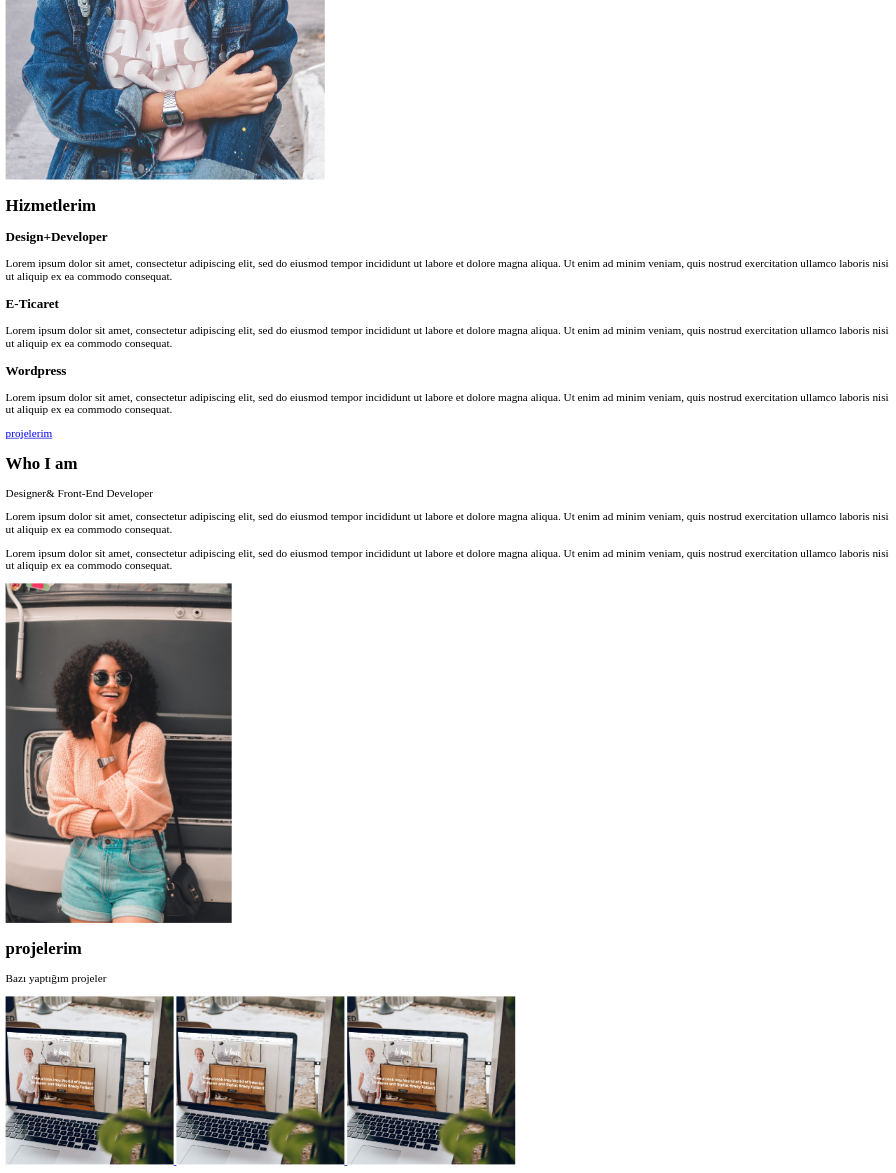
Repository: denizangin/portfolyo
Page: index.html
An editor plug-in stored every save of this project. The page is shown before and after a run of saves, followed by the edit.
The browser window is 1280 px wide. The pictures show the part of the page from y = 688 to 2608 px (the page is 2364 px tall before and 2608 px after), at 70% of full size.

Above is the page before, as saved 2024-08-01 04:17:11.

### index.html
<!DOCTYPE html>
<html lang="tr">

<head>
    <meta charset="UTF-8">
    <meta name="viewport" content="width=device-width, initial-scale=1.0">
    <title> jane Smith Portfolyo</title>
</head>

<body>
    <header>
        <div class="logo">
            <img src="img/DEVJANE.png" alt="logo">
        </div>

        <button class="nav-toggle">
            <span class="hamburger"></span>
        </button>

        <nav class="nav">
            <ul class="nav__list">
                <li class="nav__item">
                    <a href="#home" class="nav__link">Anasayfa</a>
                </li>
                <li class="nav__item">
                    <a href="#services" class="nav__link">Hizmetlerim</a>
                </li>
                <li class="nav__item">
                    <a href="#" class="nav__link">Hakkımda</a>
                </li>
                <li class="nav__item">
                    <a href="#" class="nav__link">projelerim</a>
                </li>
            </ul>
        </nav>


    </header>

    <!-- Introduction-->
    <section class="intro" id="home">
        <h1 class="section__title section__title--intro"> Hi, I am <strong> jane Smith </strong> </h1>
        <P class="section__titlesection__subtitle--intro"> front-end dev</P>
        <img src="img/component (3).png" alt="jane smith gülümsediği foto">
    </section>

    <!--My Services-->
    <section class="my services" id="services">
        <h2 class="section__titile section__title--services"> Hizmetlerim</h2>
        <div class="services">
            <div class="service">
                <h3> Design+Developer</h3>
                <p> Lorem ipsum dolor sit amet, consectetur adipiscing elit, sed do eiusmod tempor incididunt ut labore
                    et dolore magna aliqua. Ut enim ad minim veniam, quis nostrud exercitation ullamco laboris nisi ut
                    aliquip ex ea commodo consequat.</p>
            </div>

            <div class="service ">
                <h3>E-Ticaret</h3>
                <p>Lorem ipsum dolor sit amet, consectetur adipiscing elit, sed do eiusmod tempor incididunt ut labore
                    et dolore magna aliqua. Ut enim ad minim veniam, quis nostrud exercitation ullamco laboris nisi ut
                    aliquip ex ea commodo consequat.</p>
            </div>

            <div class="service ">
                <h3>Wordpress</h3>
                <p>Lorem ipsum dolor sit amet, consectetur adipiscing elit, sed do eiusmod tempor incididunt ut labore
                    et dolore magna aliqua. Ut enim ad minim veniam, quis nostrud exercitation ullamco laboris nisi ut
                    aliquip ex ea commodo consequat.</p>
            </div>
        </div>

        <a href="#work"> projelerim </a>

    </section>

    <!--About Me-->
    <section class="about_me" id="about">
        <h2 class="section__title section __title--about"> Who I am</h2>
        <P class="section __subtitle section__subtitle--about">Designer& Front-End Developer</P>

        <div class="about-me__body">
            <p> Lorem ipsum dolor sit amet, consectetur adipiscing elit, sed do eiusmod tempor incididunt ut labore et
                dolore magna aliqua. Ut enim ad minim veniam, quis nostrud exercitation ullamco laboris nisi ut aliquip
                ex ea commodo consequat.</p>
            <p>Lorem ipsum dolor sit amet, consectetur adipiscing elit, sed do eiusmod tempor incididunt ut labore et
                dolore magna aliqua. Ut enim ad minim veniam, quis nostrud exercitation ullamco laboris nisi ut aliquip
                ex ea commodo consequat.</p>
        </div>

        <img src="img/component.png" alt="jane ayakta fotosu">
    </section>

    <!--My Work-->
     <section class="my-work" id="work">
        <h2 class= "section__title"> projelerim </h2>
        <p class="section__subtitle"> Bazı yaptığım projeler</p>

        <div class="portfolio">
            <a href="#" class="portfolio-item">
                <img src="img/component (15).png" alt="" class="portfolio__item">
            </a>
            <a href="#" class="portfolio-item">
                <img src="img/component (15).png" alt="" class="portfolio__item">
            </a>
            <a href="#" class="portfolio-item">
                <img src="img/component (15).png" alt="" class="portfolio__item">
            </a>





        </div>


     </section>











</body>

</html>

After the next 2 saves:
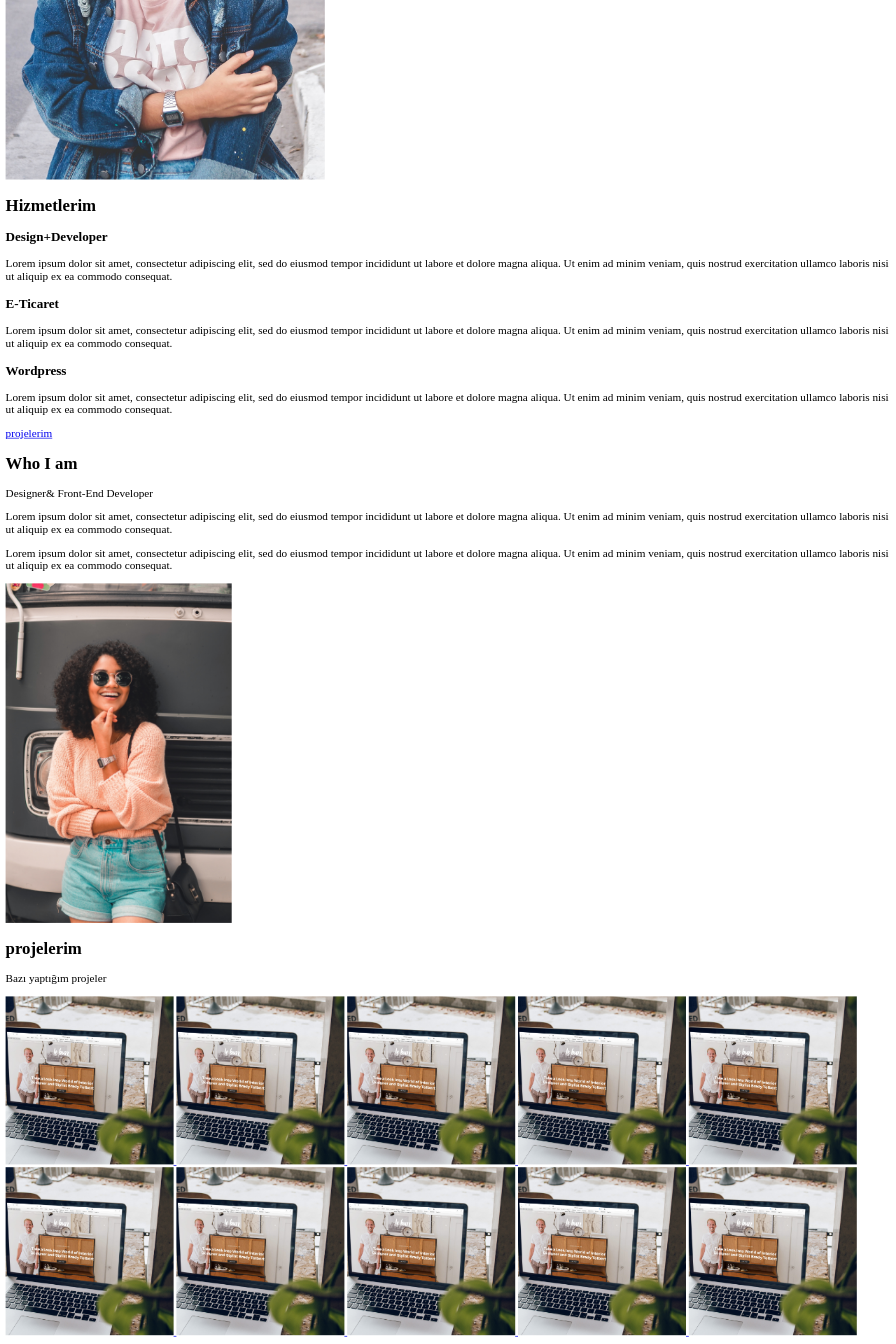
The 2 saves are shown as one change because they came seconds apart.
The last was saved 10 s later.
--- a/index.html
+++ b/index.html
@@ -106,6 +106,27 @@
             <a href="#" class="portfolio-item">
                 <img src="img/component (15).png" alt="" class="portfolio__item">
             </a>
+            <a href="#" class="portfolio-item">
+                <img src="img/component (15).png" alt="" class="portfolio__item">
+            </a>
+            <a href="#" class="portfolio-item">
+                <img src="img/component (15).png" alt="" class="portfolio__item">
+            </a>
+            <a href="#" class="portfolio-item">
+                <img src="img/component (15).png" alt="" class="portfolio__item">
+            </a>
+            <a href="#" class="portfolio-item">
+                <img src="img/component (15).png" alt="" class="portfolio__item">
+            </a>
+            <a href="#" class="portfolio-item">
+                <img src="img/component (15).png" alt="" class="portfolio__item">
+            </a>
+            <a href="#" class="portfolio-item">
+                <img src="img/component (15).png" alt="" class="portfolio__item">
+            </a>
+            <a href="#" class="portfolio-item">
+                <img src="img/component (15).png" alt="" class="portfolio__item">
+            </a>
 
 
 
